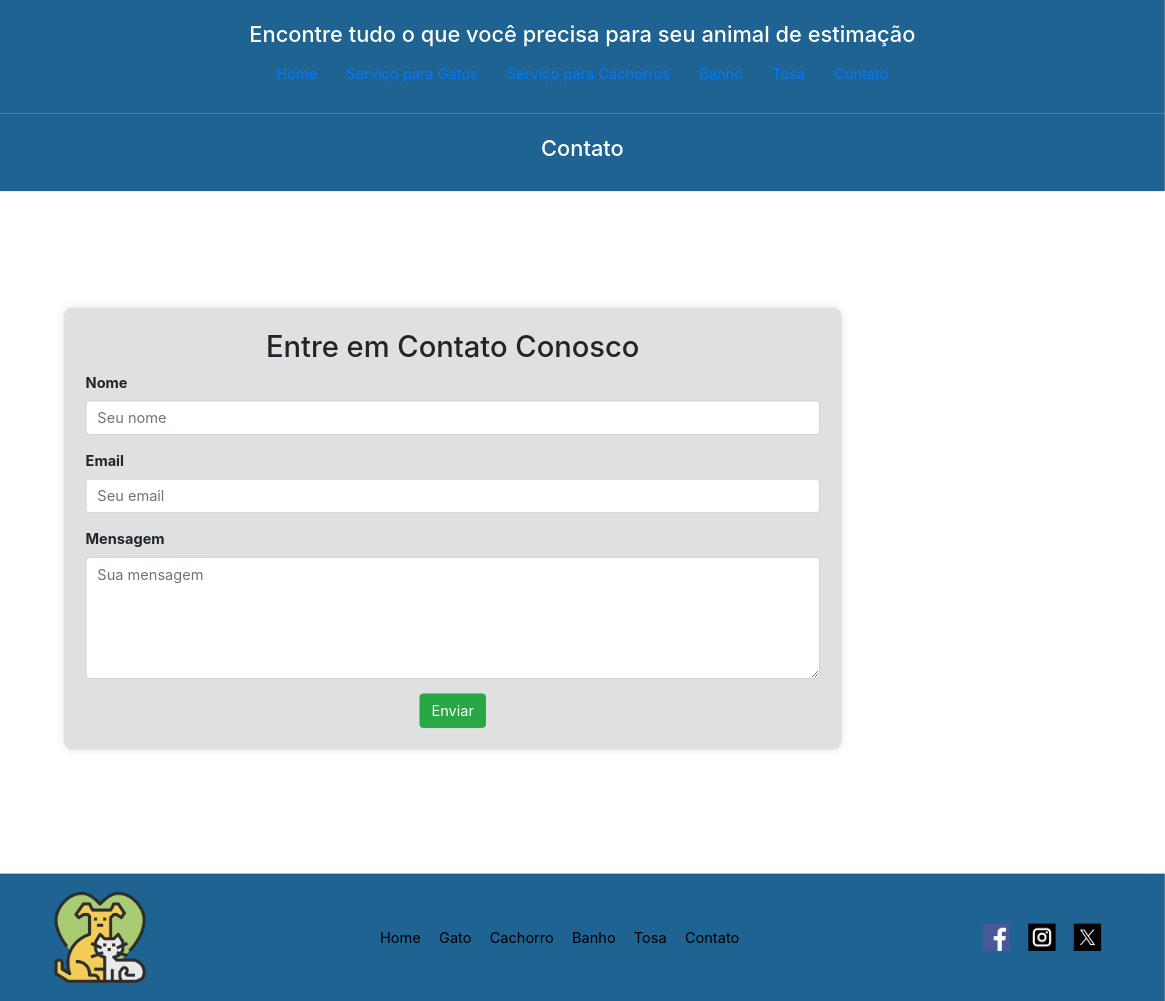
Repository: graeff01/petshop-project
Page: contato.html
The author's editor kept a copy of each file at every save. The page is drawn from the files as they stood at one save, then again after the next save.
The browser window is 1280 px wide. The pictures show the whole page, at 91% of full size.

Above is the page before, as saved 2024-09-18 11:54:40.

### contato.html
<!DOCTYPE html>
<html lang="en">
<head>
    <meta charset="UTF-8">
    <meta name="viewport" content="width=device-width, initial-scale=1.0">
    <title>PetShop - Contato</title>
    <link rel="stylesheet" href="css/ctt.css">
    <link href="https://maxcdn.bootstrapcdn.com/bootstrap/4.5.2/css/bootstrap.min.css" rel="stylesheet">
</head>
<!-- Cabeçalho com menu de navegação -->
<header class="blue-background text-center p-4">
    <h1>Encontre tudo o que você precisa para seu animal de estimação</h1>
    <nav>
        <ul class="nav justify-content-center">
            <li class="nav-item">
                <a class="nav-link active" href="index.html">Home</a>
            </li>
            <li class="nav-item">
                <a class="nav-link" href="gato.html">Serviço para Gatos</a>
            </li>
            <li class="nav-item">
                <a class="nav-link" href="dog.html">Serviço para Cachorros</a>
            </li>
            <li class="nav-item">
                <a class="nav-link" href="banho.html">Banho</a>
            </li>
            <li class="nav-item">
                <a class="nav-link" href="tosa.html">Tosa</a>
            </li>
            <li class="nav-item">
                <a class="nav-link" href="contato.html">Contato</a>
            </li>
        </ul>
    </nav>
</header>
<body>
    <header class="blue-background text-center p-4">
        <h1>Contato</h1>
    </header>
    <div class="container mt-5">
        <div class="row">
            <section class="col-md-9 p-4 form-section">
                <h2 class="text-center">Entre em Contato Conosco</h2>
                <form>
                    <div class="form-group">
                        <label for="contact-name">Nome</label>
                        <input type="text" class="form-control" id="contact-name" placeholder="Seu nome">
                    </div>
                    <div class="form-group">
                        <label for="contact-email">Email</label>
                        <input type="email" class="form-control" id="contact-email" placeholder="Seu email">
                    </div>
                    <div class="form-group">
                        <label for="contact-message">Mensagem</label>
                        <textarea class="form-control" id="contact-message" rows="5" placeholder="Sua mensagem"></textarea>
                    </div>
                    <div class="text-center">
                        <button type="submit" class="btn btn-success">Enviar</button>
                    </div>
                </form>
            </section>
        </div>
    </div>
    <footer class="footer mt-5">
        <div class="footer-container">
            <div class="footer-left">
                <img src="img/logo.png" alt="PetShop Logo" class="footer-logo">
            </div>
            <div class="footer-center">
                <ul class="footer-links">
                    <li><a href="/index.html">Home</a></li>
                    <li><a href="/gato.html">Gato</a></li>
                    <li><a href="/dog.html">Cachorro</a></li>
                    <li><a href="/banho.html">Banho</a></li>
                    <li><a href="/tosa.html">Tosa</a></li>
                    <li><a href="/contato.html">Contato</a></li>
                </ul>
            </div>
            <div class="footer-right">
                <div class="social-icons">
                    <a href="#"><img src="img/face.png" alt="Facebook"></a>
                    <a href="#"><img src="img/insta.png" alt="Instagram"></a>
                    <a href="#"><img src="img/x.png" alt="Twitter"></a>
                </div>
            </div>
        </div>
    </footer>
    <script src="https://code.jquery.com/jquery-3.5.1.slim.min.js"></script>
    <script src="https://cdn.jsdelivr.net/npm/@popperjs/core@2.9.2/dist/umd/popper.min.js"></script>
    <script src="https://maxcdn.bootstrapcdn.com/bootstrap/4.5.2/js/bootstrap.min.js"></script>
</body>
</html>

### css/ctt.css
body {
    font-family: Arial, sans-serif;
    margin: 0;
    padding: 0;
}

header.blue-background {
    background-color: #1e6391;
    color: white;
    padding: 10px 0;
    text-align: center;
    width: 100%;
    box-sizing: border-box;
}

header.blue-background h1 {
    font-size: 24px;
}

.container {
    max-width: 1200px;
    margin: 0 auto;
}

.bg-blue {
    background-color: #2368b3;
    color: white;
    height: 100vh; /* Altura total da tela */
}

.sidebar {
    padding: 20px;
    height: 100%;
}

.profile-icon {
    width: 100px;
    height: 100px;
    border-radius: 50%;
}

.form-section {
    margin-top: 80px;
    margin-bottom: 88px;
    flex: 1;
    padding: 20px;
    background-color: #0000001f;
    border-radius: 10px;
    box-shadow: 0 0 10px rgba(0, 0, 0, 0.1);
}

.form-group label {
    font-weight: bold;
}

.form-group input,
.form-group textarea {
    margin-bottom: 15px;
}

.footer {

    background-color: #1e6391;
    padding: 20px 0;
    color: white;
    text-align: center;
    width: 100%;
}

.footer-container {
    display: flex;
    justify-content: space-between;
    align-items: center;
    max-width: 1200px;
    margin: 0 auto;
    padding: 0 20px;
    box-sizing: border-box;
}

.footer-left img {
    width: 100px;
}

.footer-center {
    flex: 0;
}

.footer-links {
    list-style-type: none;
    padding: 0;
    margin: 0;
    display: flex;
    justify-content: center;
}

.footer-links li {
    margin: 0 10px;
}

.footer-links a {
    color: rgb(0, 0, 0);
    text-decoration: none;
    font-size: 16px;
}

.footer-links a:hover {
    text-decoration: underline;
}

.footer-right .social-icons {
    display: flex;
    justify-content: center;
}

.footer-right .social-icons a {
    margin: 0 10px;
}

.footer-right .social-icons img {
    width: 30px;
    height: 30px;
}

After the next save:
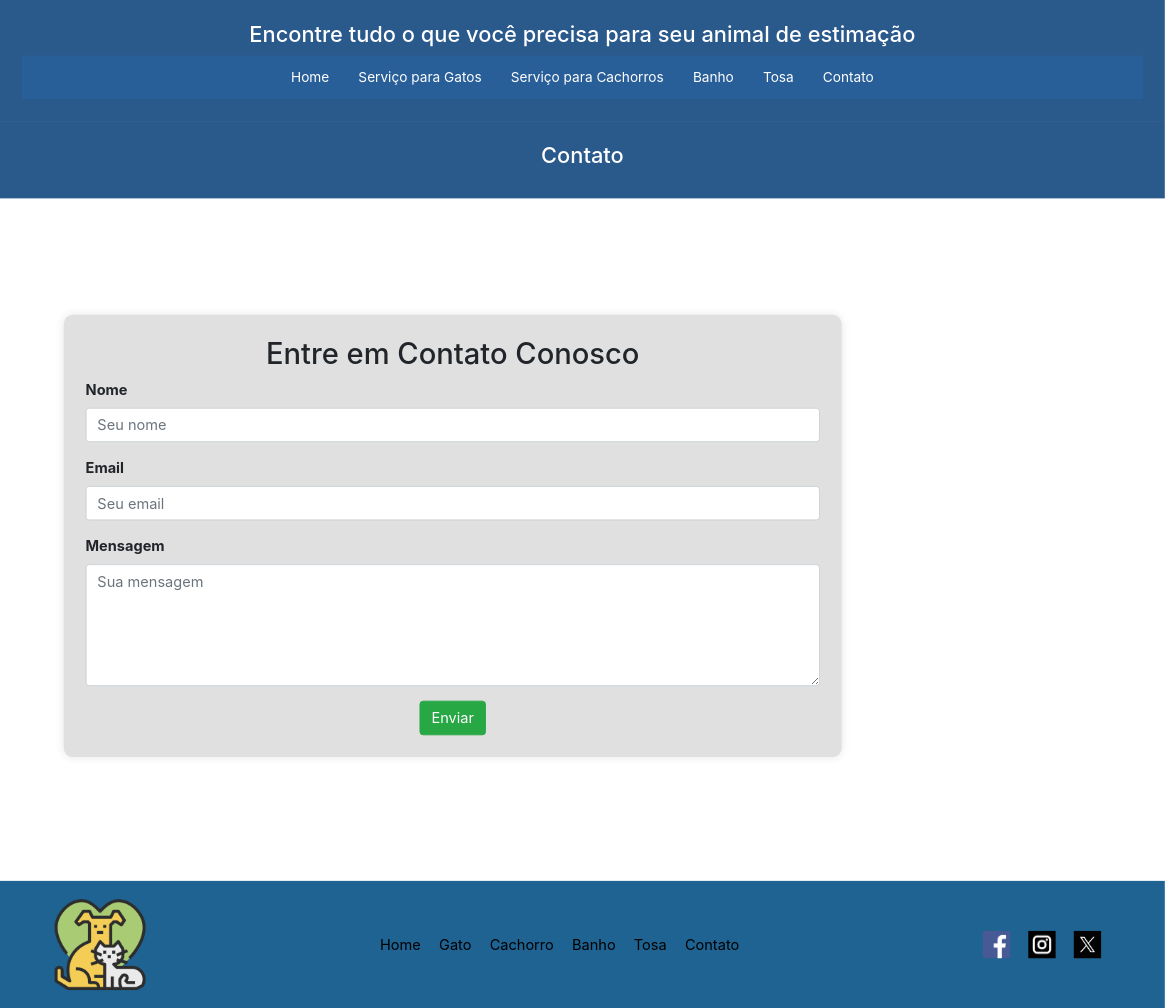
Saved 21 s later.
--- a/css/ctt.css
+++ b/css/ctt.css
@@ -1,13 +1,15 @@
+/*dog.html */
 body {
     font-family: Arial, sans-serif;
     margin: 0;
     padding: 0;
 }
 
+/* Cabeçalho */
 header.blue-background {
-    background-color: #1e6391;
+    background-color: #2a598b;
     color: white;
-    padding: 10px 0;
+    padding: 5px 0;
     text-align: center;
     width: 100%;
     box-sizing: border-box;
@@ -15,6 +17,28 @@ header.blue-background {
 
 header.blue-background h1 {
     font-size: 24px;
+}
+
+
+nav ul {
+    width: 100%;
+
+    list-style: none; /* Remove marcadores de lista */
+    display: flex;
+    background-color: #2a619cce;
+    padding: 5px 0;
+}
+
+nav ul li {
+    margin: 0;
+    padding: 0;
+}
+
+nav ul li a {
+    color: rgb(255, 255, 255);
+    text-decoration: none;
+    font-size: 15px;
+    transition: color 0.3s ease;
 }
 
 .container {
